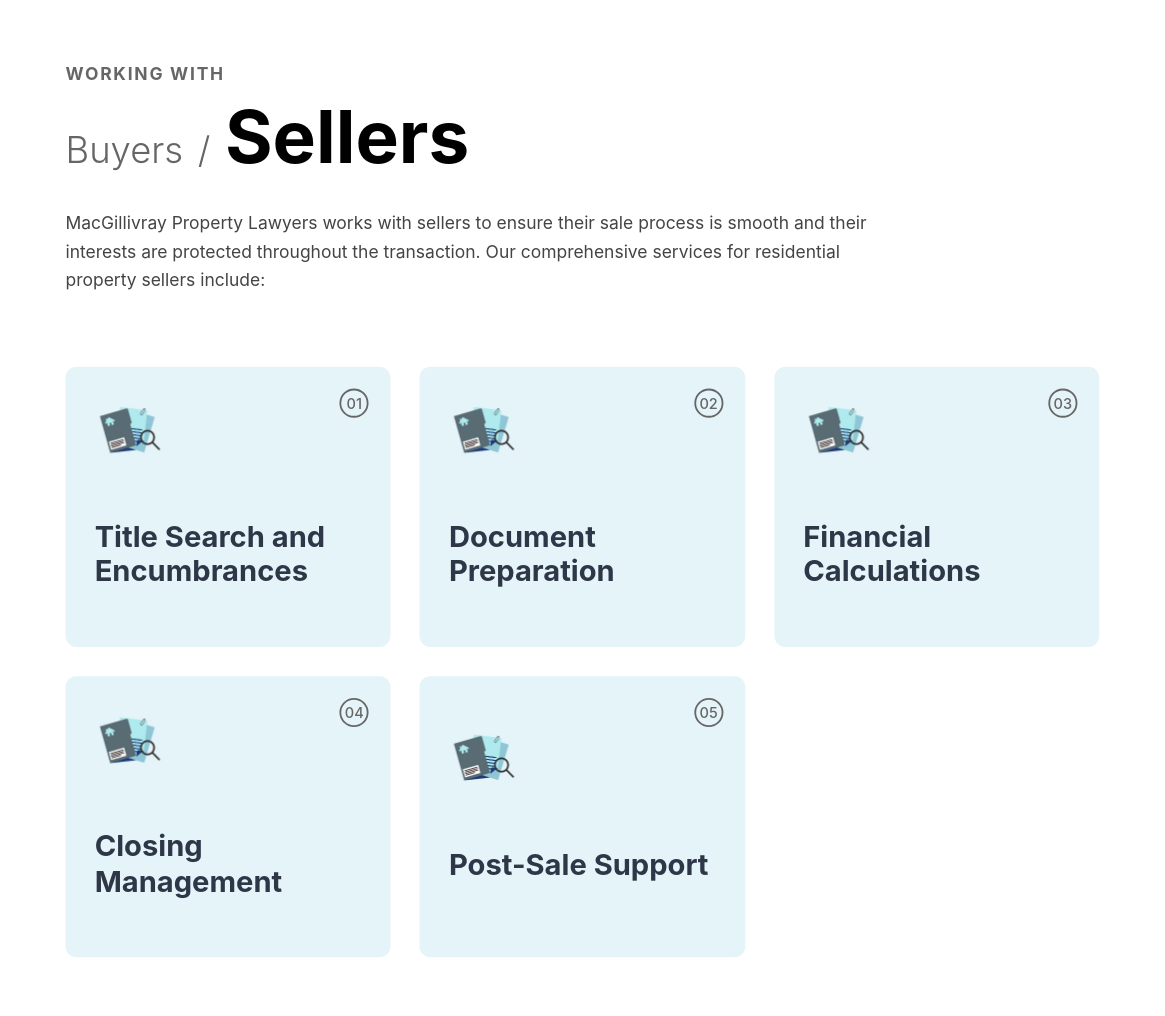
Repository: mibma/alphavent
Page: /sellers
The author's editor kept a copy of each file at every save. The page is drawn from the files as they stood at one save, then again after the next save.
The browser window is 1280 px wide. The pictures show the whole page, at 91% of full size.
The project was rebuilt for these pictures with package versions that can differ from the ones it lists, and the page was loaded fresh each time. The framework's server and built-in components were replaced by stand-ins that run in the browser.

Above is the page before, as saved 2025-04-22 23:27:33.

### pages/_app.js
import '../styles/globals.css'

function MyApp({ Component, pageProps }) {
  return <Component {...pageProps} />
}

export default MyApp

### pages/sellers.js
import styles from '../styles/Home.module.css';
import Head from 'next/head';
import Link from 'next/link';
import Image from 'next/image';

const sellerServices = [
  {
    id: '01',
    title: 'Title Search and Encumbrances',
    icon: '/Capture.JPG'
  },
  {
    id: '02',
    title: 'Document Preparation',
    icon: '/Capture.JPG'
  },
  {
    id: '03',
    title: 'Financial Calculations',
    icon: '/Capture.JPG'
  },
  {
    id: '04',
    title: 'Closing Management',
    icon: '/Capture.JPG'
  },
  {
    id: '05',
    title: 'Post-Sale Support',
    icon: '/Capture.JPG'
  }
];

export default function SellerPage() {
  return (
    <div className={styles.container}>
      <Head>
        <title>Working with Sellers | MacGillivray Property Lawyers</title>
        <meta name="description" content="Professional property law services for sellers" />
      </Head>

      <main className={styles.main}>
        <div className={styles.header}>
          <h1 className={styles.title}>
            <span className={styles.mainTitle}>WORKING WITH</span>
            <div className={styles.titleRow}>
              <Link href="/" className={styles.smallTitle}>Buyers</Link>
              <span className={styles.divider}>/</span>
              <span className={styles.largeTitle}>Sellers</span>
            </div>
          </h1>

          <p className={styles.description}>
            MacGillivray Property Lawyers works with sellers to ensure their sale process is smooth and their interests are protected throughout the transaction. Our comprehensive services for residential property sellers include:
          </p>
        </div>

        <div className={styles.servicesGrid}>
          {sellerServices.map((service) => (
            <div key={service.id} className={styles.serviceCard}>
              <div className={styles.serviceContent}>
                <div className={styles.iconContainer}>
                  <Image
                    src={service.icon}
                    alt={service.title}
                    fill
                    className={styles.icon}
                  />
                </div>
                <h3 className={styles.serviceTitle}>{service.title}</h3>
              </div>
              <div className={styles.serviceNumber}>{service.id}</div>
            </div>
          ))}
        </div>
      </main>
    </div>
  );
}

### styles/globals.css
html,
body {
  padding: 0;
  margin: 0;
  font-family: -apple-system, BlinkMacSystemFont, Segoe UI, Roboto, Oxygen,
    Ubuntu, Cantarell, Fira Sans, Droid Sans, Helvetica Neue, sans-serif;
}

a {
  color: inherit;
  text-decoration: none;
}

* {
  box-sizing: border-box;
}

### styles/Home.module.css
.container {
  max-width: 1200px;
  margin: 0 auto;
  padding: 2rem;
}

.nav {
  display: flex;
  justify-content: flex-end;
  padding: 1rem 0;
}

.navLink {
  color: #0070f3;
  text-decoration: none;
  font-size: 1.1rem;
  transition: color 0.3s ease;
}

.navLink:hover {
  color: #0051b3;
}

.main {
  min-height: 100vh;
  padding: 1rem 0;
}

.header {
  margin-bottom: 4rem;
}

.title {
  margin-bottom: 2rem;
}

.mainTitle {
  display: block;
  font-size: 1.2rem;
  color: #666;
  margin-bottom: 0.5rem;
  letter-spacing: 0.1em;
}

.titleRow {
  display: flex;
  align-items: baseline;
  gap: 1rem;
}

.largeTitle {
  font-size: clamp(3rem, 8vw, 5rem);
  font-weight: 700;
  color: #000;
}

.divider {
  font-size: 2.5rem;
  color: #666;
  font-weight: 300;
}

.smallTitle {
  font-size: 2.5rem;
  color: #666;
  font-weight: 300;
  text-decoration: none;
  transition: color 0.3s ease;
}

.smallTitle:hover {
  color: #000;
}

.description {
  font-size: 1.2rem;
  line-height: 1.6;
  color: #444;
  max-width: 900px;
  margin-bottom: 3rem;
}

.servicesGrid {
  display: grid;
  grid-template-columns: repeat(auto-fit, minmax(280px, 1fr));
  gap: 2rem;
  padding: 1rem 0;
}

.serviceCard {
  background-color: #E5F4F9;
  border-radius: 12px;
  padding: 2rem;
  position: relative;
  transition: all 0.3s ease;
  min-height: 180px;
  display: flex;
  flex-direction: column;
  justify-content: center;
}

.serviceCard:hover {
  transform: translateY(-5px);
  box-shadow: 0 10px 20px rgba(0, 0, 0, 0.05);
}

.serviceContent {
  flex: 1;
  display: flex;
  flex-direction: column;
  justify-content: center;
}

.iconContainer {
  width: 80px;
  height: 80px;
  margin-bottom: 1.5rem;
  position: relative;
}

.icon {
  width: 100%;
  height: 100%;
  object-fit: contain;
}

.serviceNumber {
  position: absolute;
  top: 1.5rem;
  right: 1.5rem;
  background-color: transparent;
  color: #666;
  width: 32px;
  height: 32px;
  border: 2px solid #666;
  border-radius: 50%;
  display: flex;
  align-items: center;
  justify-content: center;
  font-size: 1rem;
  font-weight: 500;
}

.serviceTitle {
  font-size: 2rem;
  font-weight: 700;
  color: #2d3748;
  line-height: 1.2;
}

.serviceDescription {
  color: #718096;
  line-height: 1.5;
}

@media (max-width: 768px) {
  .container {
    padding: 1rem;
  }

  .titleRow {
    flex-direction: column;
    gap: 0.5rem;
  }

  .divider {
    display: none;
  }

  .smallTitle {
    font-size: 2rem;
  }

  .servicesGrid {
    grid-template-columns: 1fr;
  }

  .serviceCard {
    min-height: 150px;
  }

  .serviceTitle {
    font-size: 1.75rem;
  }
}

After the next save:
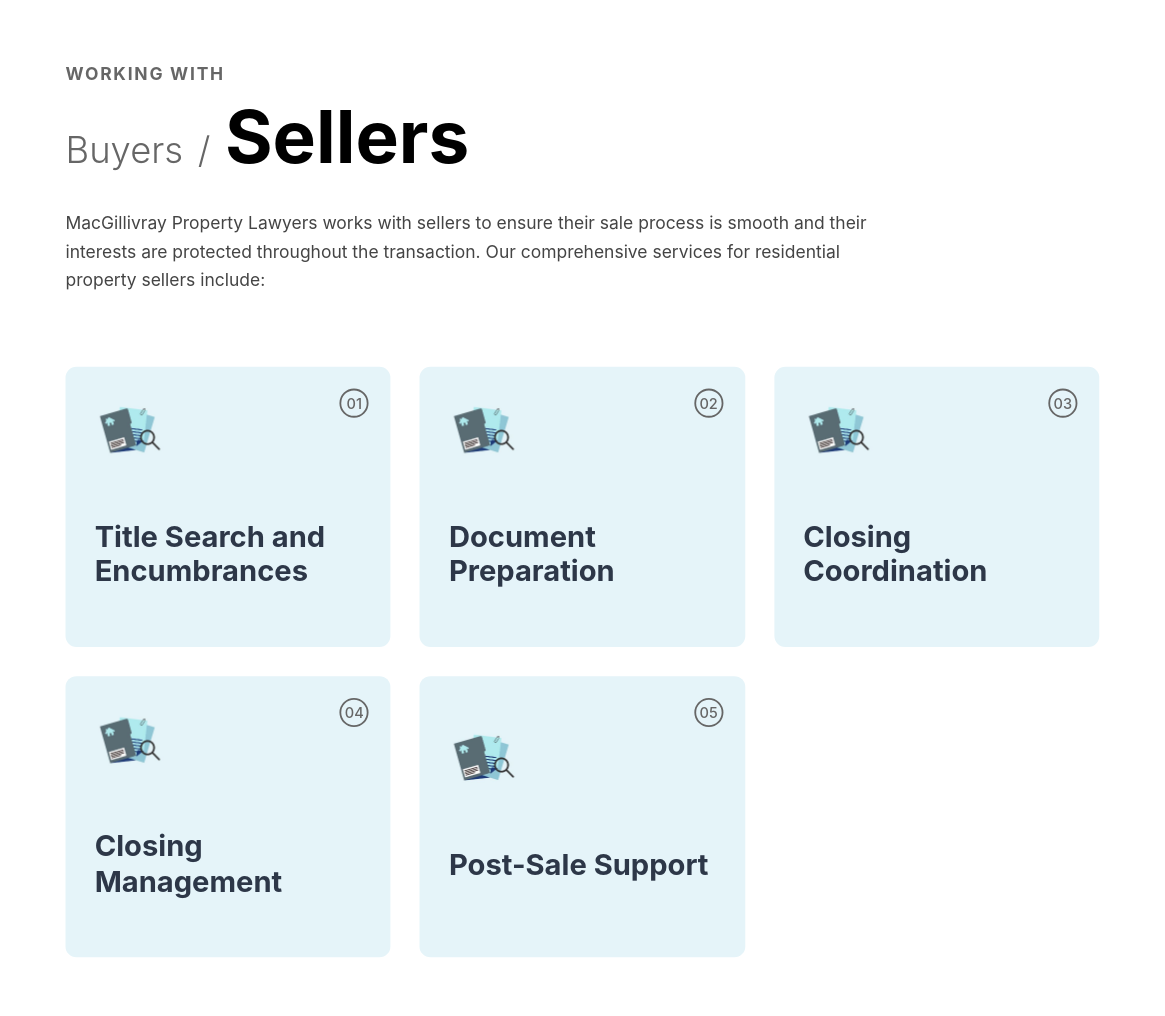
Saved 15 s later.
--- a/pages/sellers.js
+++ b/pages/sellers.js
@@ -16,7 +16,7 @@ const sellerServices = [
   },
   {
     id: '03',
-    title: 'Financial Calculations',
+    title: 'Closing Coordination',
     icon: '/Capture.JPG'
   },
   {
